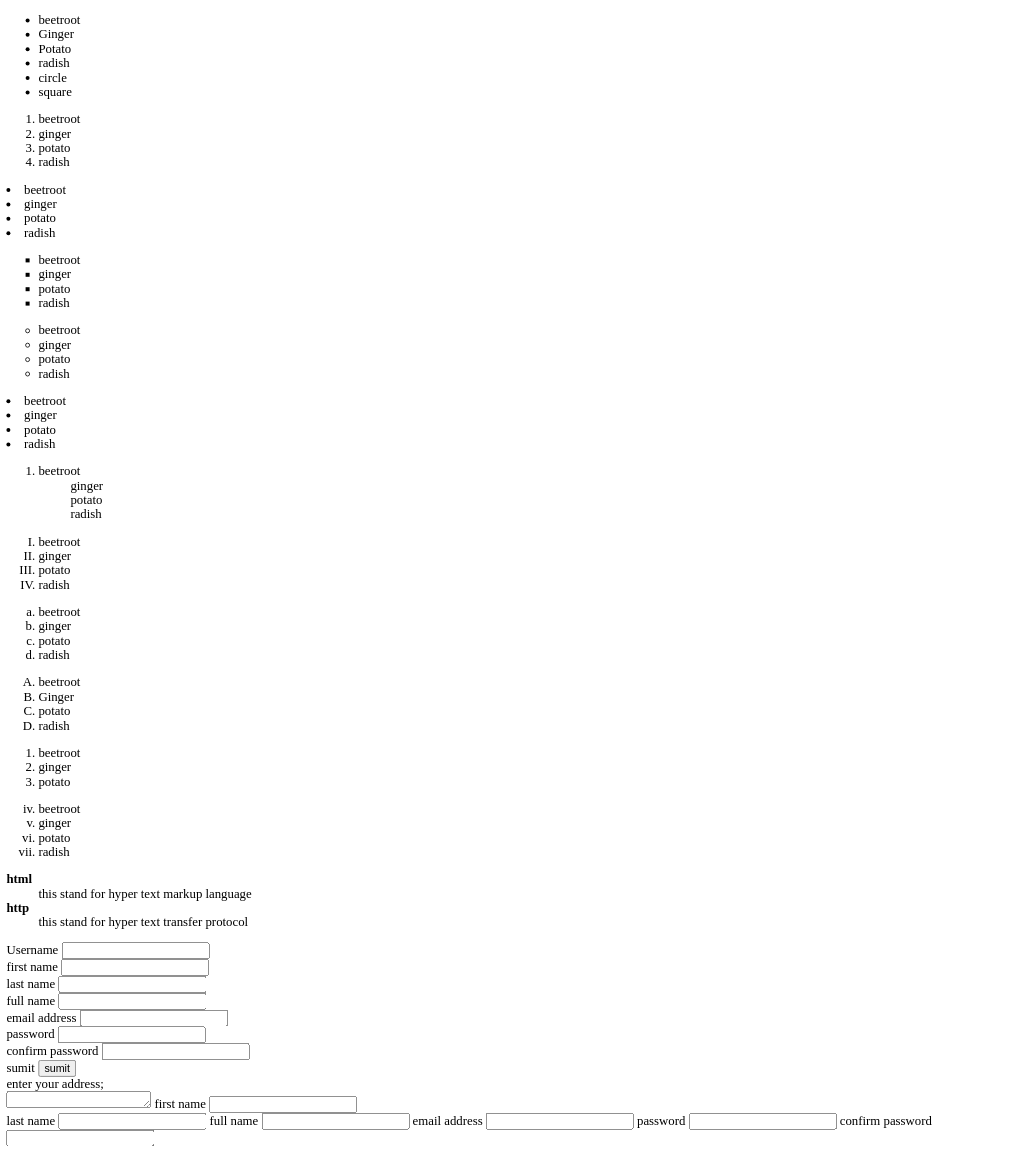
Repository: Achuut/first-code-lessons
Page: Achut.HTML
The author's editor kept a copy of each file at every save. The page is drawn from the files as they stood at one save, then again after the next save.
The browser window is 1280 px wide. The pictures show the whole page, at 80% of full size.

Above is the page before, as saved 2023-03-08 11:47:59.

### Achut.HTML
<!DOCTYPE html>
<html lang="en">
<head>
    <meta charset="UTF-8">
    <meta http-equiv="X-UA-Compatible" content="IE=edge">
    <meta name="viewport" content="width=device-width, initial-scale=1.0">
    <title>Document</title>
    <link rel="stylesheet" href="/Mijak.CSS">

</head>
<body>
    <ul>
        <li>beetroot</li>
        <li>Ginger</li>
        <li>Potato</li>
        <li>radish</li>
        <li>circle</li>
        <li>square</li>
    </ul>
    <ol>
        <li>beetroot</li>
        <li>ginger</li>
        <li>potato</li>
        <li>radish</li>
    </ol>
     <dl>
        <li>beetroot</li>
        <li>ginger</li>
        <li>potato</li>
        <li>radish</li>
     </dl>
     <ul type ="square">
        <li>beetroot</li>
        <li>ginger</li>
        <li>potato</li>
        <li>radish</li>
     </ul>
     <ul type ="circle">
        <li>beetroot</li>
        <li>ginger</li>
        <li>potato</li>
        <li>radish</li>
    </ul type = "disc">
      <li>beetroot</li>
      <li>ginger</li>
      <li>potato</li>
      <li>radish</li>
      <ol types = "i">
        <li>beetroot</li>
        <ol>ginger</ol>
        <ol>potato</ol>
        <ol>radish</ol>
      </ol>
      <ol type = "I">
        <li>beetroot</li>
        <li>ginger</li>
        <li>potato</li>
        <li>radish</li>
      </ol>
      <ol type = "a">
        <li>beetroot</li>
        <li>ginger</li>
        <li>potato</li>
        <li>radish</li>
      </ol>
      <ol type = "A">
        <li>beetroot</li>
        <LI>Ginger</LI>
        <LI>potato</LI>
        <li>radish</li>
      </ol>
      <ol>
        <li>beetroot</li>
        <li>ginger</li>
        <li>potato</li>
      </ol>
      <ol type = "i" start = "4">
        <li>beetroot</li>
        <li>ginger</li>
        <li>potato</li>
        <li>radish</li>
      </ol>
      <dl>
        <dt>
          <b>html</b></dt>
          <dd>this stand for hyper text markup language</dd>
          <dt><b>http</b></dt>
          <dd>this stand for hyper text transfer protocol</dd>
      </dl>
      <Form>
        Username <input type="text" name="username"><br>
        first name <input type="text" name="firstname"><br>
        last name <input type="text" name="lastname"><br>
        full name <input type="text" name="fullname"><br>
        email address <input type="email" name="email"><br>
        password <input type="password" name="password"><br>
        confirm password <input type="text" name="confirm password"><br>
        sumit <button>sumit</button>
      </Form>
      <form>
      enter your address;<br>
      <textarea name="2" id="" cols="20" rows="1"></textarea>
      first name <input type="text" name="firstname"><br>
      last name <input type="text" name="lastname">
      full name <input type="text" name="fullname">
      email address <input type="text" name="email">
      password <input type="text" name="password">
      confirm password <input type="text" name="confirm password">
      </form>
</body>

Loaded but not shown: Mijak.CSS (no stored copy; drawn as an empty file)

After the next save:
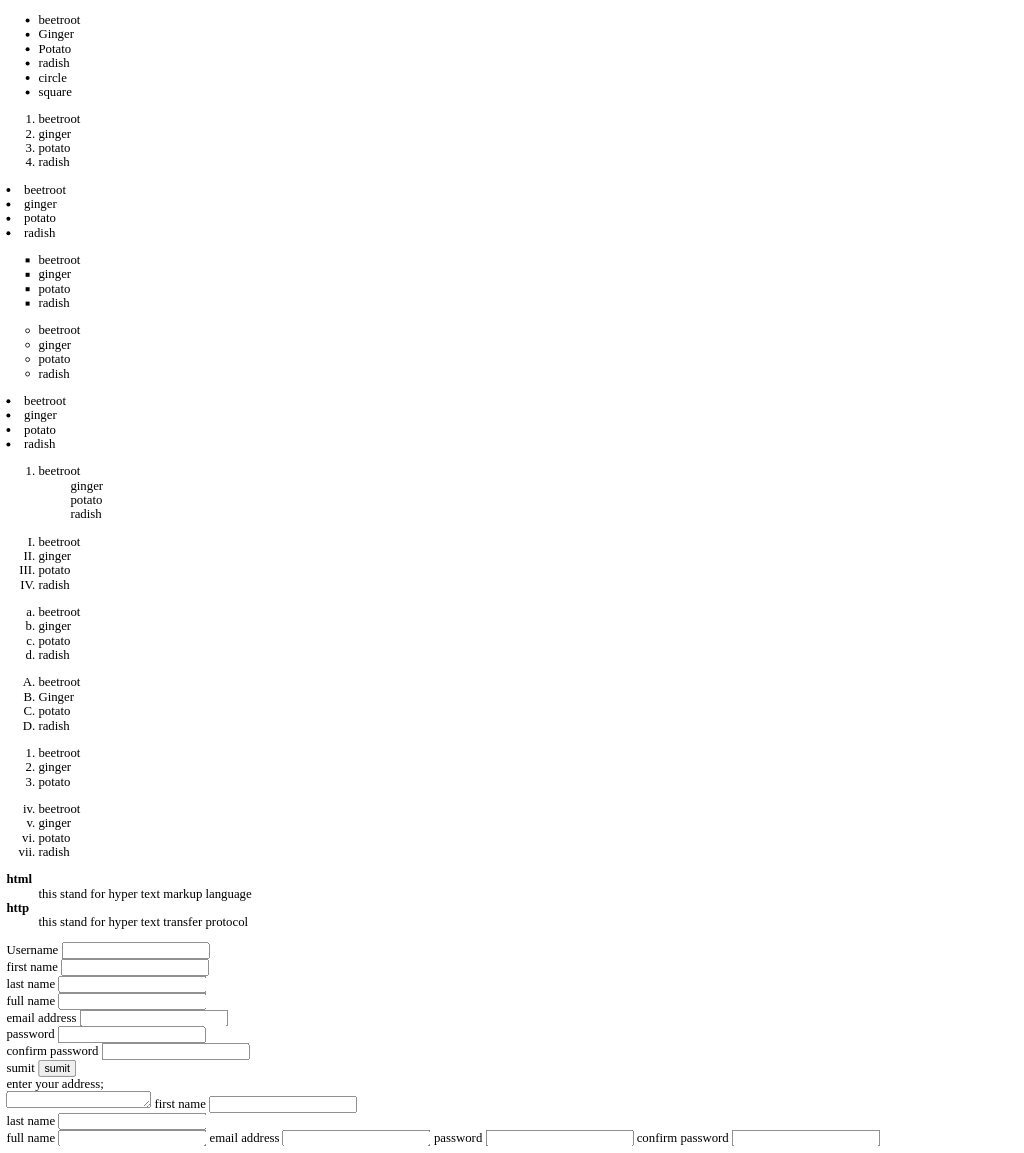
Saved 4 s later.
--- a/Achut.HTML
+++ b/Achut.HTML
@@ -101,7 +101,7 @@
       enter your address;<br>
       <textarea name="2" id="" cols="20" rows="1"></textarea>
       first name <input type="text" name="firstname"><br>
-      last name <input type="text" name="lastname">
+      last name <input type="text" name="lastname"><br>
       full name <input type="text" name="fullname">
       email address <input type="text" name="email">
       password <input type="text" name="password">
